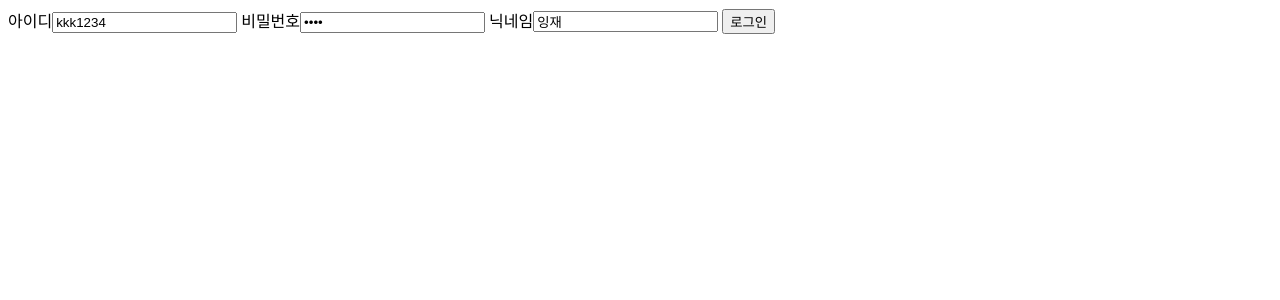
Repository: Yingjae/jsp_practice
Page: http://localhost/JSPBasic/JspObject/5.session/session_login.jsp
The author's editor kept a copy of each file at every save. The page is drawn from the files as they stood at one save, then again after the next save.
The browser window is 1280 px wide. The pictures show the whole page.
The page is served by Tomcat 9.

Above is the page before, as saved 2022-02-08 02:17:33.

After the next save:
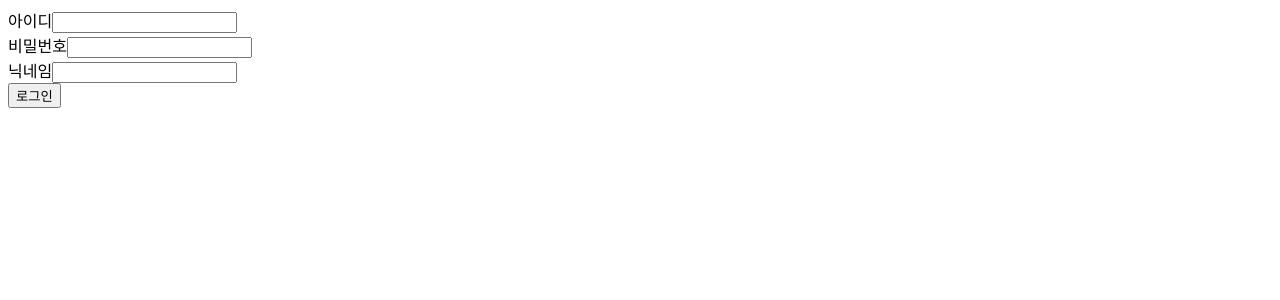
Saved 2 min 13 s later.
--- a/JSPBasic/src/main/webapp/JspObject/5.session/session_login.jsp
+++ b/JSPBasic/src/main/webapp/JspObject/5.session/session_login.jsp
@@ -8,9 +8,9 @@
 </head>
 <body>
 	<form action="session_login_check.jsp" method="post">
-		아이디<input type="text" name="id" value="kkk1234">
-		비밀번호<input type="password" name="pw" value="1111">
-		닉네임<input type="text" name="nickname" value="잉재">
+		아이디<input type="text" name="id"><br/>
+		비밀번호<input type="password" name="pw"><br/>
+		닉네임<input type="text" name="nickname"><br/>
 		<input type="submit" value="로그인">
 	</form>
 </body>
